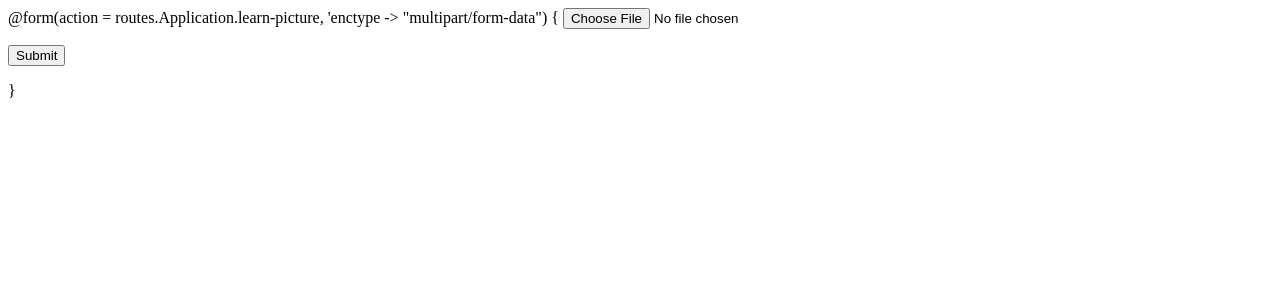
Repository: ackdom/opencv-surf
Page: surfbackend/.target/views/learn.scala.html
These files come from the project's save history. The page is drawn as it stood at one moment and after the next save; the edit follows.
The browser window is 1280 px wide. The pictures show the whole page.

Above is the page before, as saved 2013-12-06 12:31:28.

After the next save:
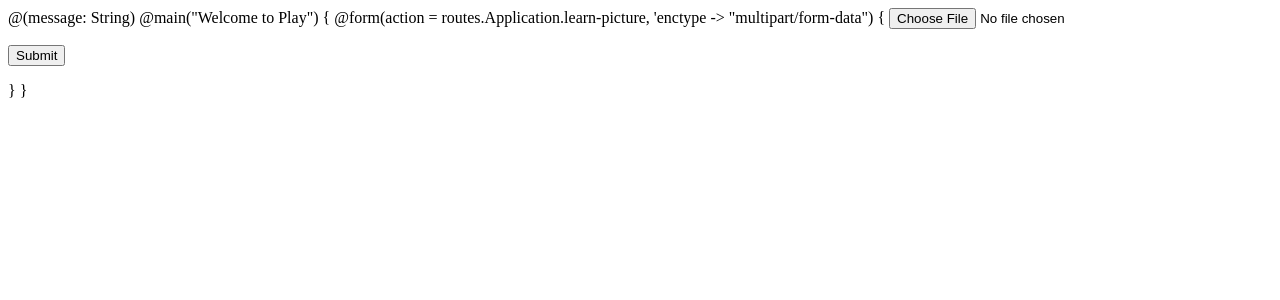
Saved 51 s later.
--- a/surfbackend/.target/views/learn.scala.html
+++ b/surfbackend/.target/views/learn.scala.html
@@ -1,3 +1,7 @@
+@(message: String)
+
+@main("Welcome to Play") {
+
 @form(action = routes.Application.learn-picture, 'enctype -> "multipart/form-data") {
 
     <input type="file" name="picture">
@@ -7,3 +11,4 @@
     </p>
 
 }
+}
